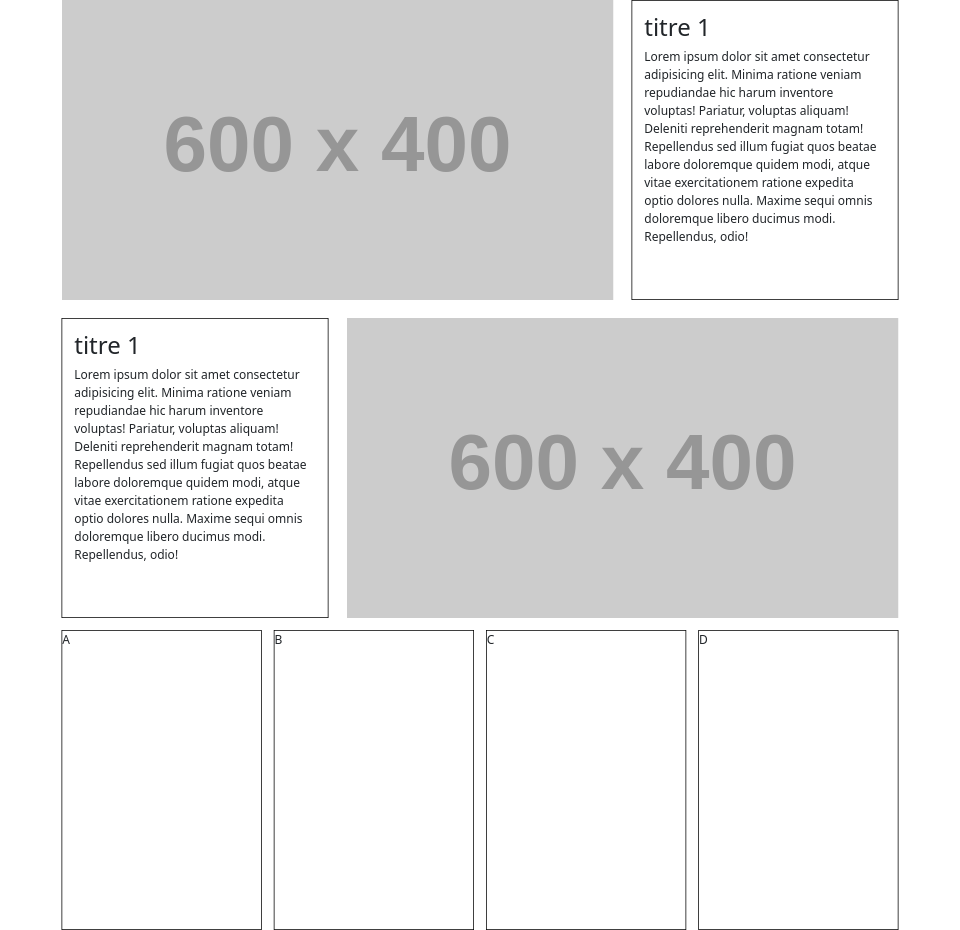
Repository: fbansept/ran3_24_jeu
Page: correction-tp.html
An editor plug-in stored every save of this project. The page is shown before and after a run of saves, followed by the edit.
The browser window is 1280 px wide. The pictures show the whole page, at 75% of full size.

Above is the page before, as saved 2024-10-22 15:45:03.

After the next 2 saves:
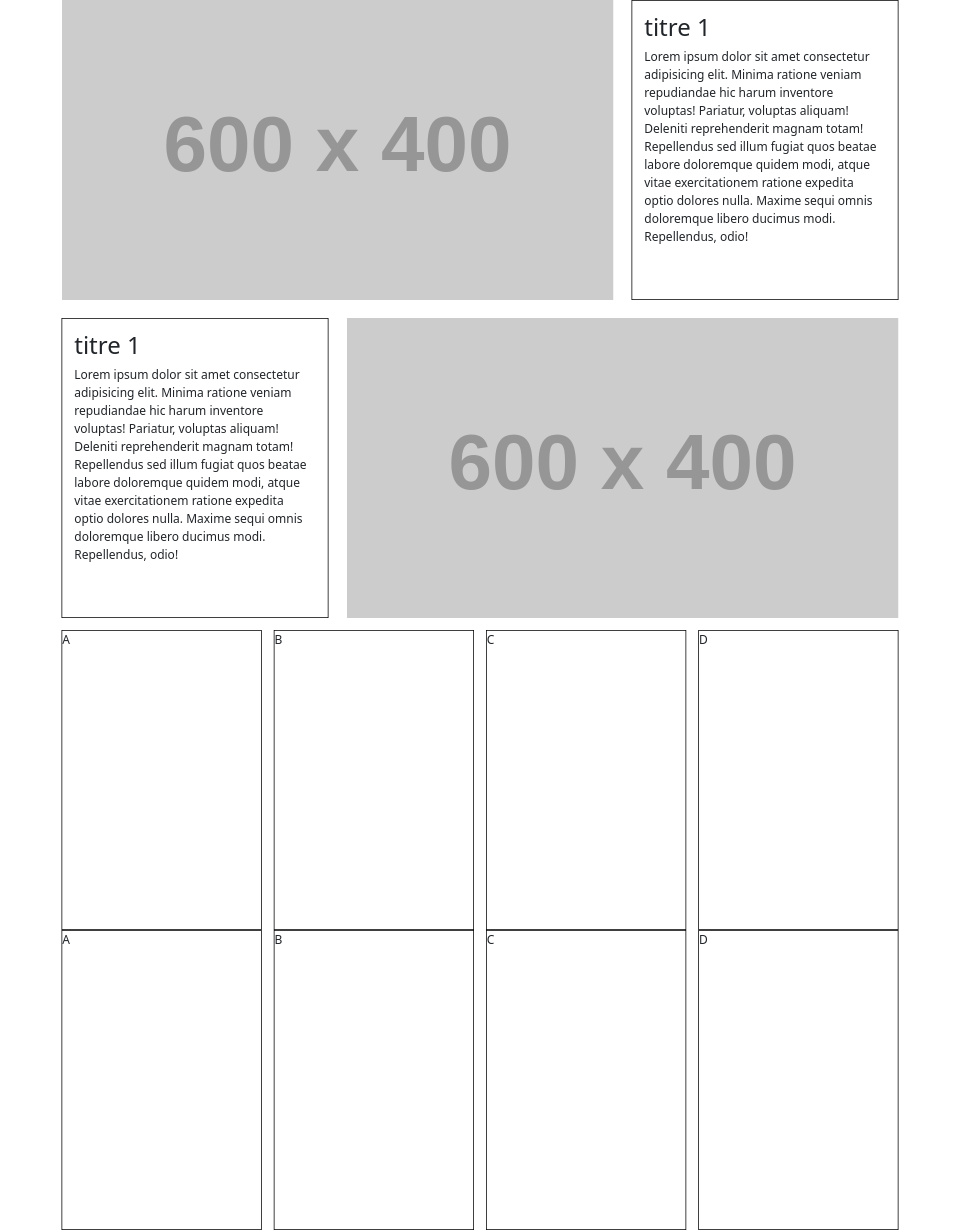
The 2 saves are shown as one change because they came seconds apart.
The last was saved 26 s later.
--- a/correction-tp.html
+++ b/correction-tp.html
@@ -79,6 +79,18 @@
       <article class="col mt-lg-0">
         <div><span>D</span></div>
       </article>
+      <article class="col mt-lg-0">
+        <div><span>A</span></div>
+      </article>
+      <article class="col mt-lg-0">
+        <div><span>B</span></div>
+      </article>
+      <article class="col mt-lg-0">
+        <div><span>C</span></div>
+      </article>
+      <article class="col mt-lg-0">
+        <div><span>D</span></div>
+      </article>
     </section>
   </body>
 </html>
